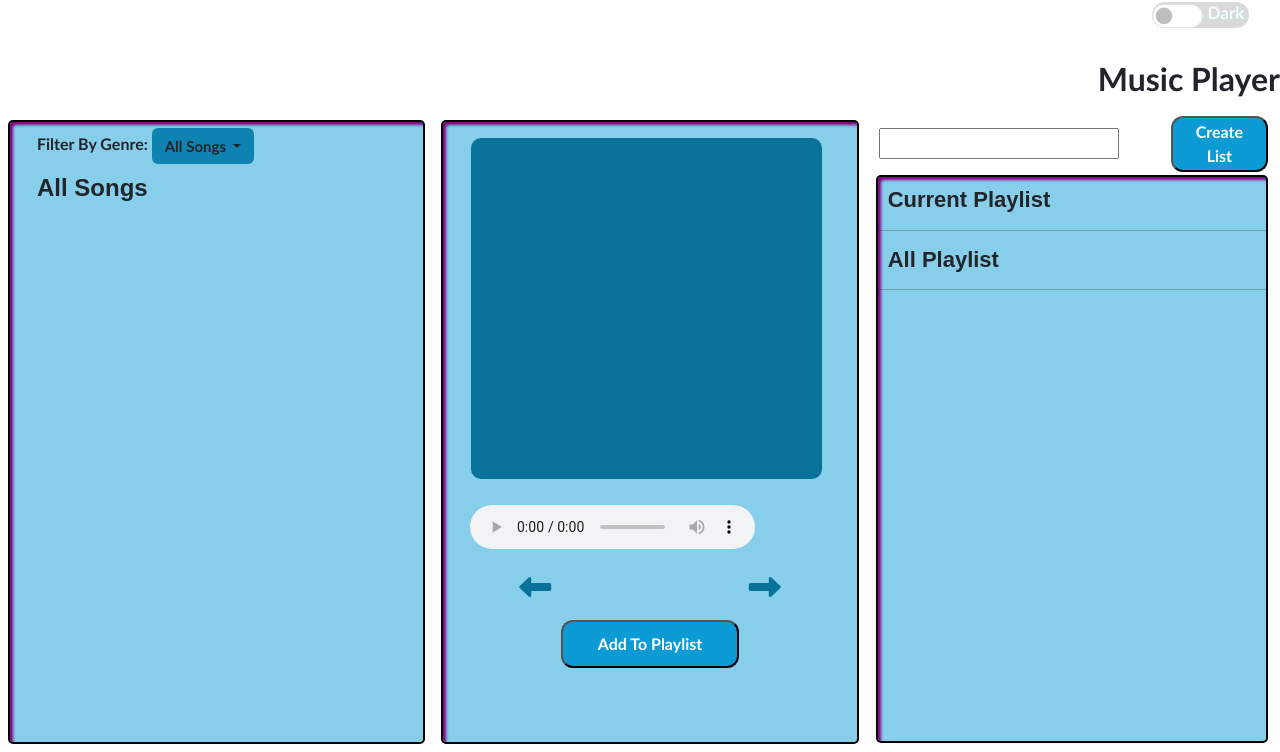
Repository: ssaddamhuss100/MusicPlayer_Project
Page: index.html
An editor plug-in stored every save of this project. The page is shown before and after the next save, followed by the edit.
The browser window is 1280 px wide. The pictures show the whole page.
Some web libraries are served in a nearby version.

Above is the page before, as saved 2024-10-30 17:33:30.
Not found: script.js

After the next save:
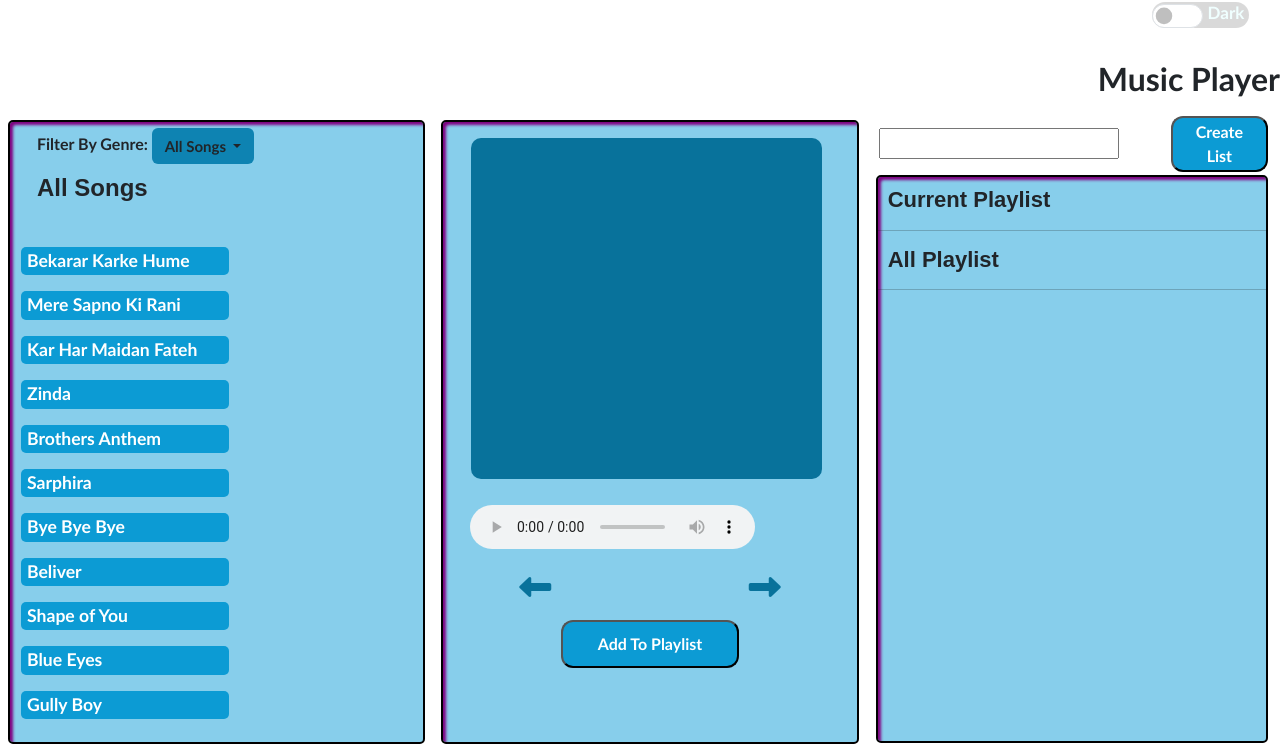
Saved 23 s later.
--- a/index.html
+++ b/index.html
@@ -80,7 +80,7 @@
     <script src="https://cdn.jsdelivr.net/npm/bootstrap@5.3.3/dist/js/bootstrap.bundle.min.js"
         integrity="sha384-YvpcrYf0tY3lHB60NNkmXc5s9fDVZLESaAA55NDzOxhy9GkcIdslK1eN7N6jIeHz"
         crossorigin="anonymous"></script>
-    <script src="./script.js"></script>
+    <script src="index.js"></script>
 </body>
 
 </html>
